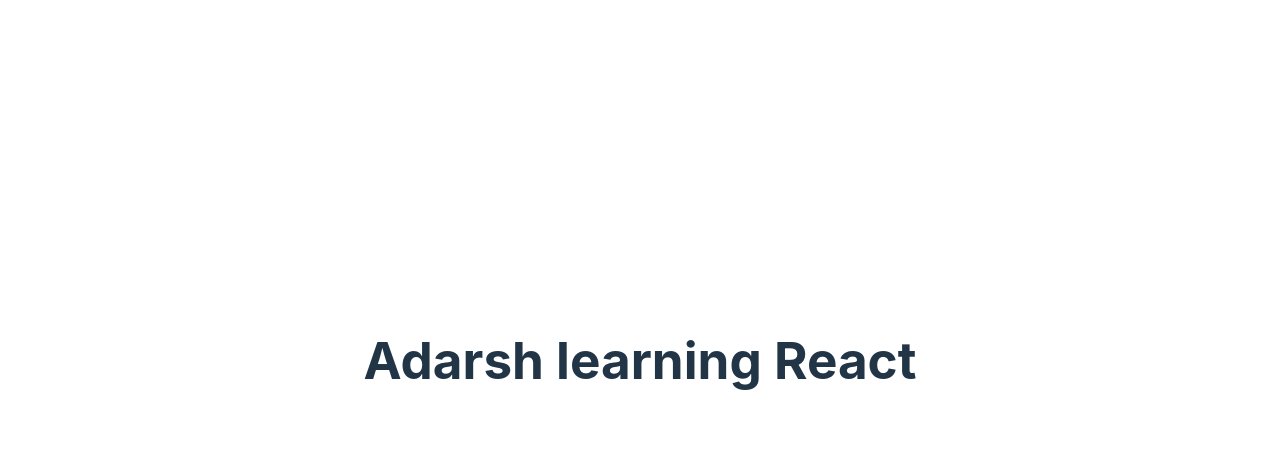
Repository: Adarshjeet0/ReactJs
Page: / (app in customReact/Counter/)
The author's editor kept a copy of each file at every save. The page is drawn from the files as they stood at one save, then again after a run of saves.
The browser window is 1280 px wide. The pictures show the whole page.
The project was rebuilt for these pictures with package versions that can differ from the ones it lists, and the page was loaded fresh each time. Also part of the build but not shown: customReact/Counter/vite.config.js.

Above is the page before, as saved 2024-11-30 18:44:51.

### customReact/Counter/src/App.jsx
import { useState } from 'react'
import reactLogo from './assets/react.svg'
import viteLogo from '/vite.svg'
import './App.css'

function App() {
  const [count, setCount] = useState(0)
  let counter = 5;
  return (
    <>

      <h1>Adarsh learning React</h1>
      <h2></h2>
    </>
  )
}

export default App

Loaded but not shown: customReact/Counter/index.html (common file); customReact/Counter/src/main.jsx (common file); customReact/Counter/src/index.css (common file); customReact/Counter/src/App.css (common file)

After the next 3 saves:
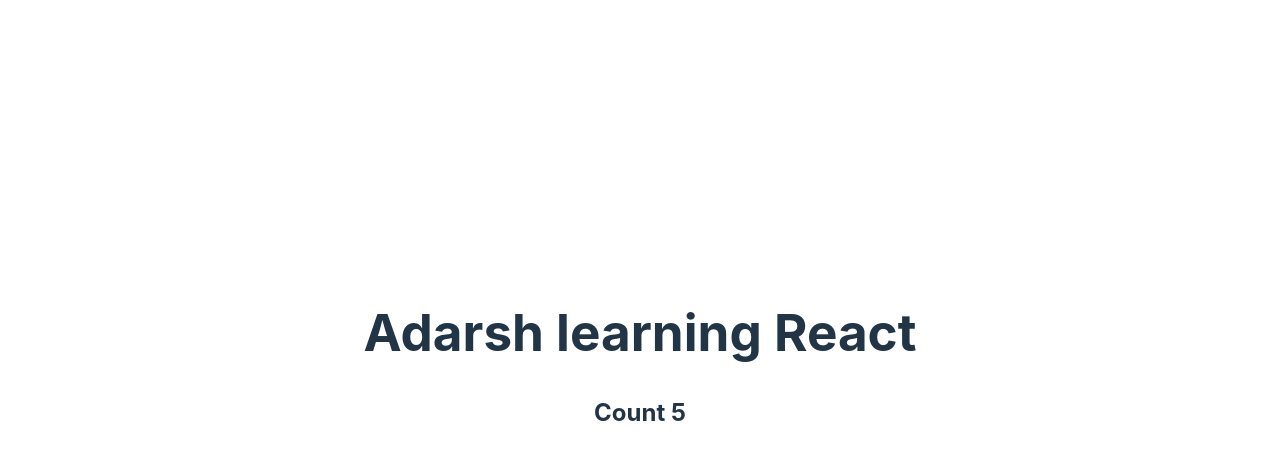
The 3 saves are shown as one change because they came seconds apart.
The last was saved 10 s later.
--- a/customReact/Counter/src/App.jsx
+++ b/customReact/Counter/src/App.jsx
@@ -10,7 +10,7 @@
     <>
 
       <h1>Adarsh learning React</h1>
-      <h2></h2>
+      <h2>Count {counter}</h2>
     </>
   )
 }
